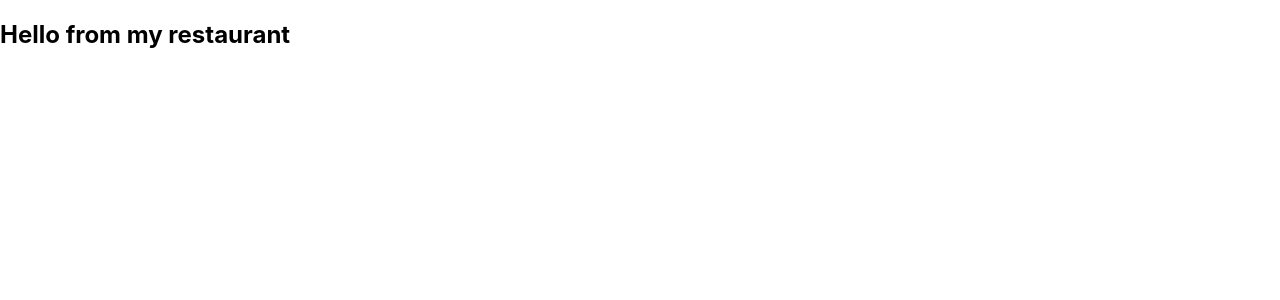
Repository: FS-23/my-restaurant
Page: /
The author's editor kept a copy of each file at every save. The page is drawn from the files as they stood at one save, then again after the next save.
The browser window is 1280 px wide. The pictures show the whole page.
The project was rebuilt for these pictures with package versions that can differ from the ones it lists, and the page was loaded fresh each time.

Above is the page before, as saved 2022-04-29 12:33:40.

After the next save:
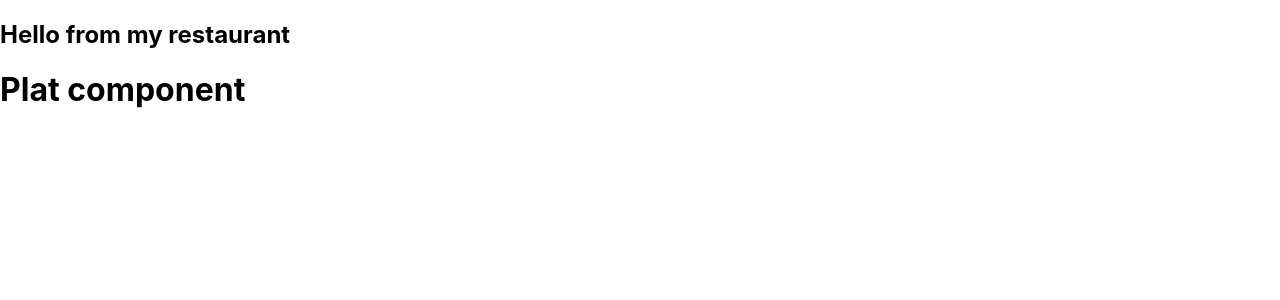
Saved 17 s later.
--- a/src/App.js
+++ b/src/App.js
@@ -3,6 +3,7 @@ function App() {
   return (
     <div className="App">
         <h2>Hello from my restaurant</h2>
+        <Plat />
     </div>
   );
 }
